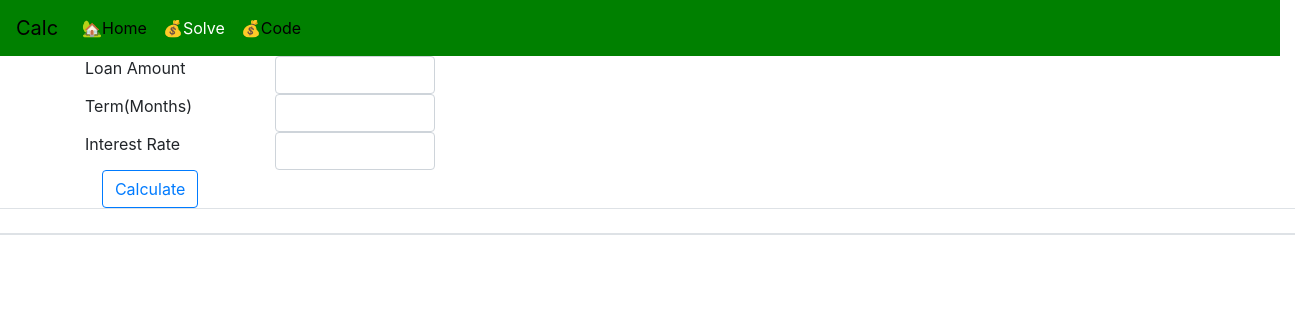
Repository: zhadjah9559/MortgageManager
Page: solve.html
An editor plug-in stored every save of this project. The page is shown before and after a run of saves, followed by the edit.
The browser window is 1280 px wide. The page is 1295 px wide, so the pictures cover 1295 px, including what lies to the right of the window. The pictures show the whole page.

Above is the page before, as saved 2021-01-15 16:53:09.

### solve.html
<!doctype html>
<html lang="en">
  <head>
    <title>Mortgage Loan Calculator</title>
    <!-- Required meta tags -->
    <meta charset="utf-8">
    <meta name="viewport" content="width=device-width, initial-scale=1, shrink-to-fit=no">

    <!-- Bootstrap CSS -->
    <link rel="stylesheet" href="https://stackpath.bootstrapcdn.com/bootstrap/4.3.1/css/bootstrap.min.css" integrity="sha384-ggOyR0iXCbMQv3Xipma34MD+dH/1fQ784/j6cY/iJTQUOhcWr7x9JvoRxT2MZw1T" crossorigin="anonymous">
    <link rel="stylesheet" href="css/custom.css">
    <link rel="stylesheet" href="css/prism.css">
  </head>
  <body>

    <nav class="navbar navbar-expand-sm navbar-dark" style="background-color: green;">
        <a class="navbar-brand" href="#">Calc</a>
        <button class="navbar-toggler d-lg-none" type="button" data-toggle="collapse" data-target="#collapsibleNavId" aria-controls="collapsibleNavId"
            aria-expanded="false" aria-label="Toggle navigation"></button>
        <div class="collapse navbar-collapse" id="collapsibleNavId">
            <ul class="navbar-nav mr-auto mt-2 mt-lg-0">
                <li class="nav-item ">
                    <a class="nav-link" href="index.html">🏡Home </a>
                </li>
                <li class="nav-item active">
                    <a class="nav-link" href="solve.html">💰Solve <span class="sr-only">(current)</span></a>
                </li>
                <li class="nav-item">
                    <a class="nav-link" href="code.html">💰Code</a>
                </li>
            </ul>
        </div>
    </nav>

    <div class="container">

        <div class="row">
            <div class="col-2">
                <label for="Loan Amount">Loan Amount</label>
            </div>
            <div class="col-2">
                <input type="number" class="form-control" id="loanAmount">
            </div>
        </div>

        <div class="row">
            <div class="col-2">
                <label for="Term">Term(Months)</label>
            </div>
            <div class="col-2">
                <input type="number" class="form-control" id="months">
            </div>
        </div>

        <div class="row">
            <div class="col-2">
                <label for="Interest Rate">Interest Rate</label>
            </div>
            <div class="col-2">
                <input type="number" class="form-control" id="interestRate">
            </div>
        </div>



    </div>
                <!--Label Columns-->
                <div class="col-2 text-right">
                </div>

                <!--Label Inputs-->
                <div class="col-2 text-right">
                    <button class="btn btn-outline-primary" type="submit" onclick="calculateLoan()">Calculate</button>
                </div>



            <!--Display output column-->
            <div class="col-md">

            </div>


        <div class="row">
            <table class="table table-striped">
                <thead>
                    <tr>
                        <th></th>
                        <th></th>
                        <th></th>
                        <th></th>
                        <th></th>
                        <th></th>
                    </tr>
                </thead>
                <tbody id="tBody">

                </tbody>
            </table>
        </div>
    </div>

    <!-- Optional JavaScript -->
    <!-- jQuery first, then Popper.js, then Bootstrap JS -->
    <script src="https://code.jquery.com/jquery-3.3.1.slim.min.js" integrity="sha384-q8i/X+965DzO0rT7abK41JStQIAqVgRVzpbzo5smXKp4YfRvH+8abtTE1Pi6jizo" crossorigin="anonymous"></script>
    <script src="https://cdnjs.cloudflare.com/ajax/libs/popper.js/1.14.7/umd/popper.min.js" integrity="sha384-UO2eT0CpHqdSJQ6hJty5KVphtPhzWj9WO1clHTMGa3JDZwrnQq4sF86dIHNDz0W1" crossorigin="anonymous"></script>
    <script src="https://stackpath.bootstrapcdn.com/bootstrap/4.3.1/js/bootstrap.min.js" integrity="sha384-JjSmVgyd0p3pXB1rRibZUAYoIIy6OrQ6VrjIEaFf/nJGzIxFDsf4x0xIM+B07jRM" crossorigin="anonymous"></script>
    <script src="js/custom.js"></script>
    <script src="js/prism.js"></script>
  </body>
</html>

### css/custom.css
.navbar-dark .navbar-nav .active>.nav-link{
    color:white;
}
.navbar-dark .navbar-nav .nav-link{
    color:black;
}
.navbar .navbar-brand{
    color:black;
}

### css/prism.css
/* PrismJS 1.23.0
https://prismjs.com/download.html#themes=prism-okaidia&languages=markup+css+clike+javascript&plugins=normalize-whitespace */
/**
 * okaidia theme for JavaScript, CSS and HTML
 * Loosely based on Monokai textmate theme by http://www.monokai.nl/
 * @author ocodia
 */

code[class*="language-"],
pre[class*="language-"] {
	color: #f8f8f2;
	background: none;
	text-shadow: 0 1px rgba(0, 0, 0, 0.3);
	font-family: Consolas, Monaco, 'Andale Mono', 'Ubuntu Mono', monospace;
	font-size: 1em;
	text-align: left;
	white-space: pre;
	word-spacing: normal;
	word-break: normal;
	word-wrap: normal;
	line-height: 1.5;

	-moz-tab-size: 4;
	-o-tab-size: 4;
	tab-size: 4;

	-webkit-hyphens: none;
	-moz-hyphens: none;
	-ms-hyphens: none;
	hyphens: none;
}

/* Code blocks */
pre[class*="language-"] {
	padding: 1em;
	margin: .5em 0;
	overflow: auto;
	border-radius: 0.3em;
}

:not(pre) > code[class*="language-"],
pre[class*="language-"] {
	background: #272822;
}

/* Inline code */
:not(pre) > code[class*="language-"] {
	padding: .1em;
	border-radius: .3em;
	white-space: normal;
}

.token.comment,
.token.prolog,
.token.doctype,
.token.cdata {
	color: #8292a2;
}

.token.punctuation {
	color: #f8f8f2;
}

.token.namespace {
	opacity: .7;
}

.token.property,
.token.tag,
.token.constant,
.token.symbol,
.token.deleted {
	color: #f92672;
}

.token.boolean,
.token.number {
	color: #ae81ff;
}

.token.selector,
.token.attr-name,
.token.string,
.token.char,
.token.builtin,
.token.inserted {
	color: #a6e22e;
}

.token.operator,
.token.entity,
.token.url,
.language-css .token.string,
.style .token.string,
.token.variable {
	color: #f8f8f2;
}

.token.atrule,
.token.attr-value,
.token.function,
.token.class-name {
	color: #e6db74;
}

.token.keyword {
	color: #66d9ef;
}

.token.regex,
.token.important {
	color: #fd971f;
}

.token.important,
.token.bold {
	font-weight: bold;
}
.token.italic {
	font-style: italic;
}

.token.entity {
	cursor: help;
}

### js/custom.js
function calculateLoan(){
    let loanAmount = parseInt( document.getElementById("loanAmount").value )
    let months = parseInt( document.getElementById("months").value )
    //DONT FORGET TO CONVERT THIS TO A PERCENTAGE
    let interestRate = parseInt( document.getElementById("interestRate").value )

    //input validation to make sure interest is solid number
    if(interestRate >= 100){

    }


}

Loaded but not shown: js/prism.js (library)

After the next 2 saves:
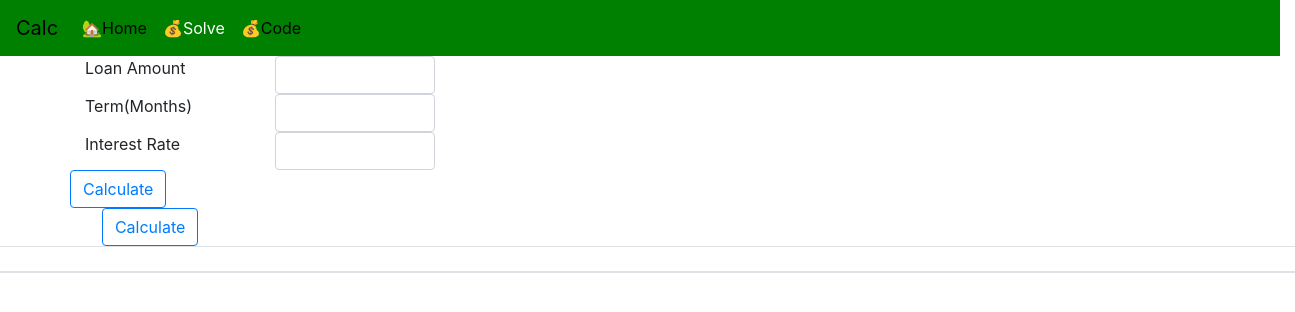
The 2 saves are shown as one change because they came seconds apart.
The last was saved 6 s later.
--- a/solve.html
+++ b/solve.html
@@ -61,7 +61,10 @@
             </div>
         </div>
 
+        <div class="row">
+            <button class="btn btn-outline-primary" type="submit" onclick="calculateLoan()">Calculate</button>
 
+        </div>
 
     </div>
                 <!--Label Columns-->
